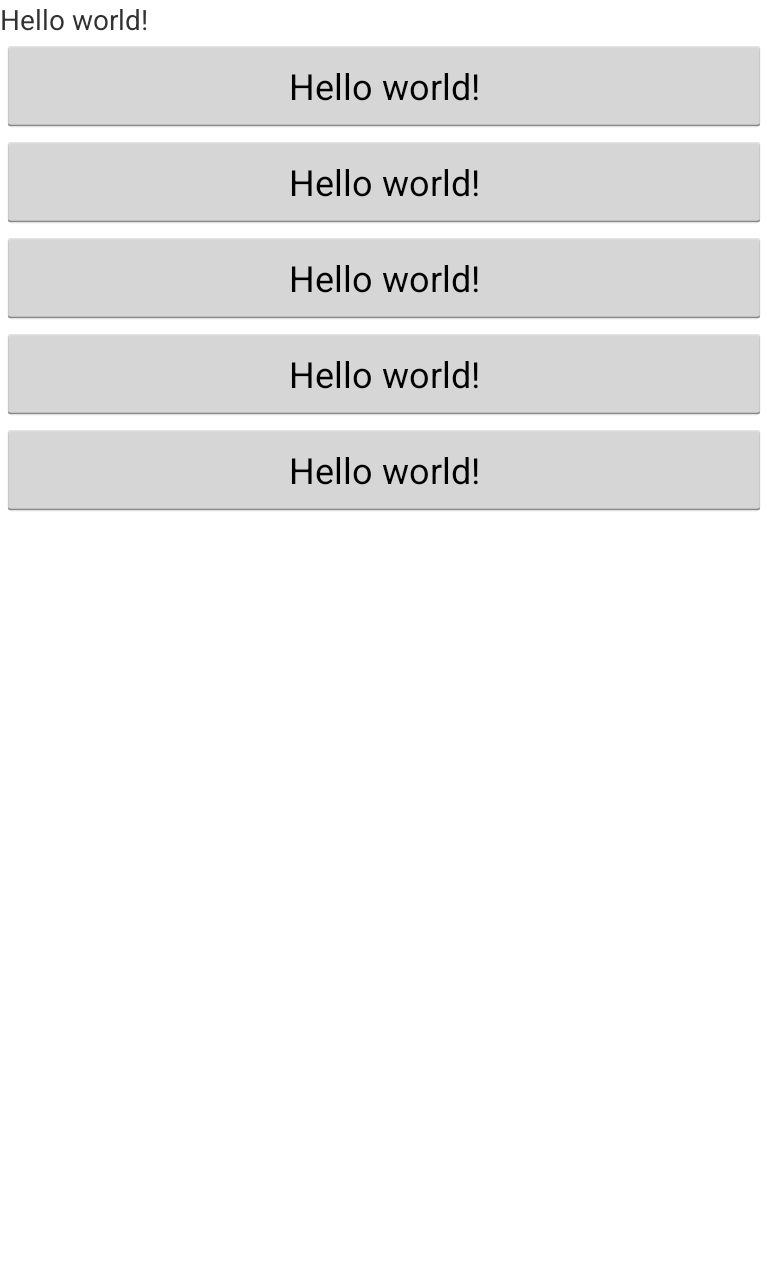
Repository: ChenLongAHXC/AndroidPractice
Layout: SQLite/res/layout/activity_main.xml
An editor plug-in stored every save of this project. The layout is shown before and after the next save, followed by the edit.
It is drawn on a 768 x 1280 px phone screen (xhdpi) without system bars, with theme AppTheme; the app's code is not run.

Above is the layout before, as saved 2014-03-05 13:52:14.

### SQLite/res/layout/activity_main.xml
<LinearLayout xmlns:android="http://schemas.android.com/apk/res/android"
    xmlns:tools="http://schemas.android.com/tools"
    android:layout_width="fill_parent"
    android:layout_height="match_parent"
    android:orientation="vertical">

    <TextView
        android:layout_width="wrap_content"
        android:layout_height="wrap_content"
        android:text="@string/hello_world" />
    <Button
        android:id="@+id/createTable"
        android:layout_width="fill_parent"
        android:layout_height="wrap_content"
        android:text="@string/hello_world"/>
    <Button
        android:id="@+id/updateTable"
        android:layout_width="fill_parent"
        android:layout_height="wrap_content"
        android:text="@string/hello_world"/>
    <Button
        android:id="@+id/insert"
        android:layout_width="fill_parent"
        android:layout_height="wrap_content"
        android:text="@string/hello_world"/>
    <Button
        android:id="@+id/update"
        android:layout_width="fill_parent"
        android:layout_height="wrap_content"
        android:text="@string/hello_world"/>
    <Button
        android:id="@+id/query"
        android:layout_width="fill_parent"
        android:layout_height="wrap_content"
        android:text="@string/hello_world"/>
</LinearLayout>

### SQLite/res/values/strings.xml
<?xml version="1.0" encoding="utf-8"?>
<resources>

    <string name="app_name">SQLite</string>
    <string name="action_settings">Settings</string>
    <string name="hello_world">Hello world!</string>
    <string name="createTable">Create Table</string>
    <string name="updateTable">Update Table</string>
    <string name="insert">Insert</string>
    <string name="update">Update</string>
    <string name="query">Query</string>

</resources>

Loaded but not shown: SQLite/res/values/styles.xml (common file); SQLite/res/values-v11/styles.xml (common file); SQLite/res/values-v14/styles.xml (common file)

After the next save:
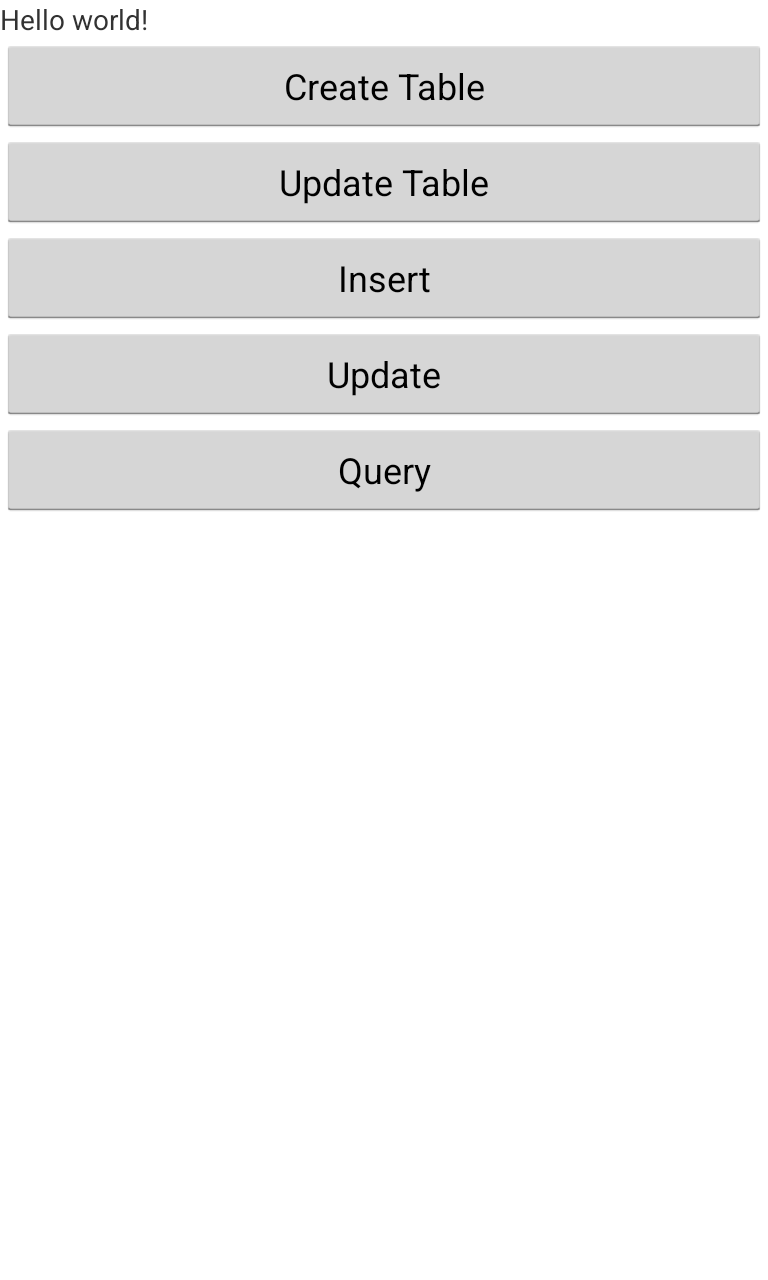
Saved 30 s later.
--- a/SQLite/res/layout/activity_main.xml
+++ b/SQLite/res/layout/activity_main.xml
@@ -12,25 +12,25 @@
         android:id="@+id/createTable"
         android:layout_width="fill_parent"
         android:layout_height="wrap_content"
-        android:text="@string/hello_world"/>
+        android:text="@string/createTable"/>
     <Button
         android:id="@+id/updateTable"
         android:layout_width="fill_parent"
         android:layout_height="wrap_content"
-        android:text="@string/hello_world"/>
+        android:text="@string/updateTable"/>
     <Button
         android:id="@+id/insert"
         android:layout_width="fill_parent"
         android:layout_height="wrap_content"
-        android:text="@string/hello_world"/>
+        android:text="@string/insert"/>
     <Button
         android:id="@+id/update"
         android:layout_width="fill_parent"
         android:layout_height="wrap_content"
-        android:text="@string/hello_world"/>
+        android:text="@string/update"/>
     <Button
         android:id="@+id/query"
         android:layout_width="fill_parent"
         android:layout_height="wrap_content"
-        android:text="@string/hello_world"/>
+        android:text="@string/query"/>
 </LinearLayout>
